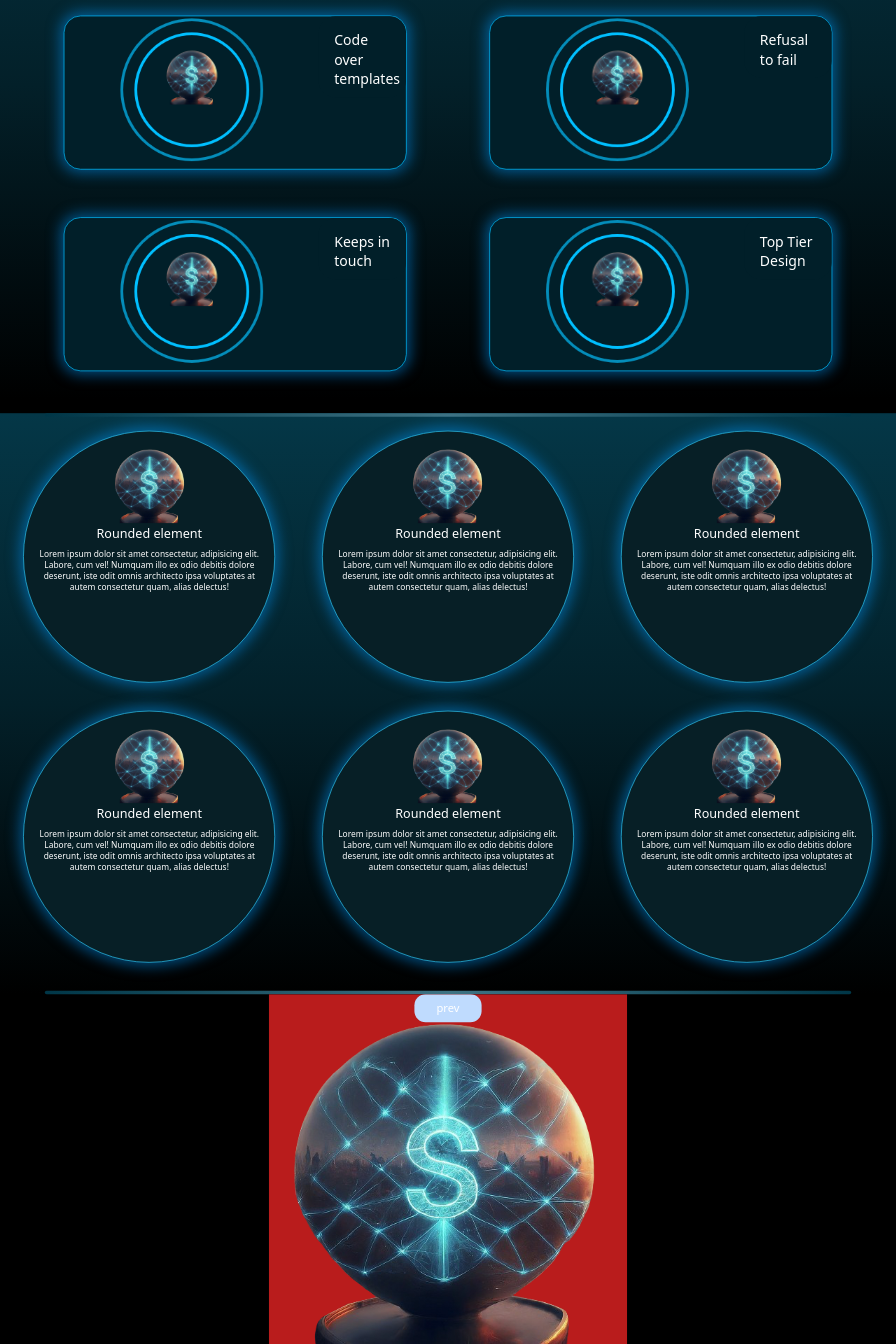
Repository: TMuse333/q3-desings2
Page: /
An editor plug-in stored every save of this project. The page is shown before and after a run of saves, followed by the edit.
The browser window is 1280 px wide. The pictures show the part of the page from y = 1046 to 2966 px (the page is 2966 px tall), at 70% of full size.
The project was rebuilt for these pictures with package versions that can differ from the ones it lists, and the page was loaded fresh each time. Also part of the build but not shown: vite.config.ts.

Above is the page before, as saved 2024-05-11 13:43:03.

After the next 2 saves:
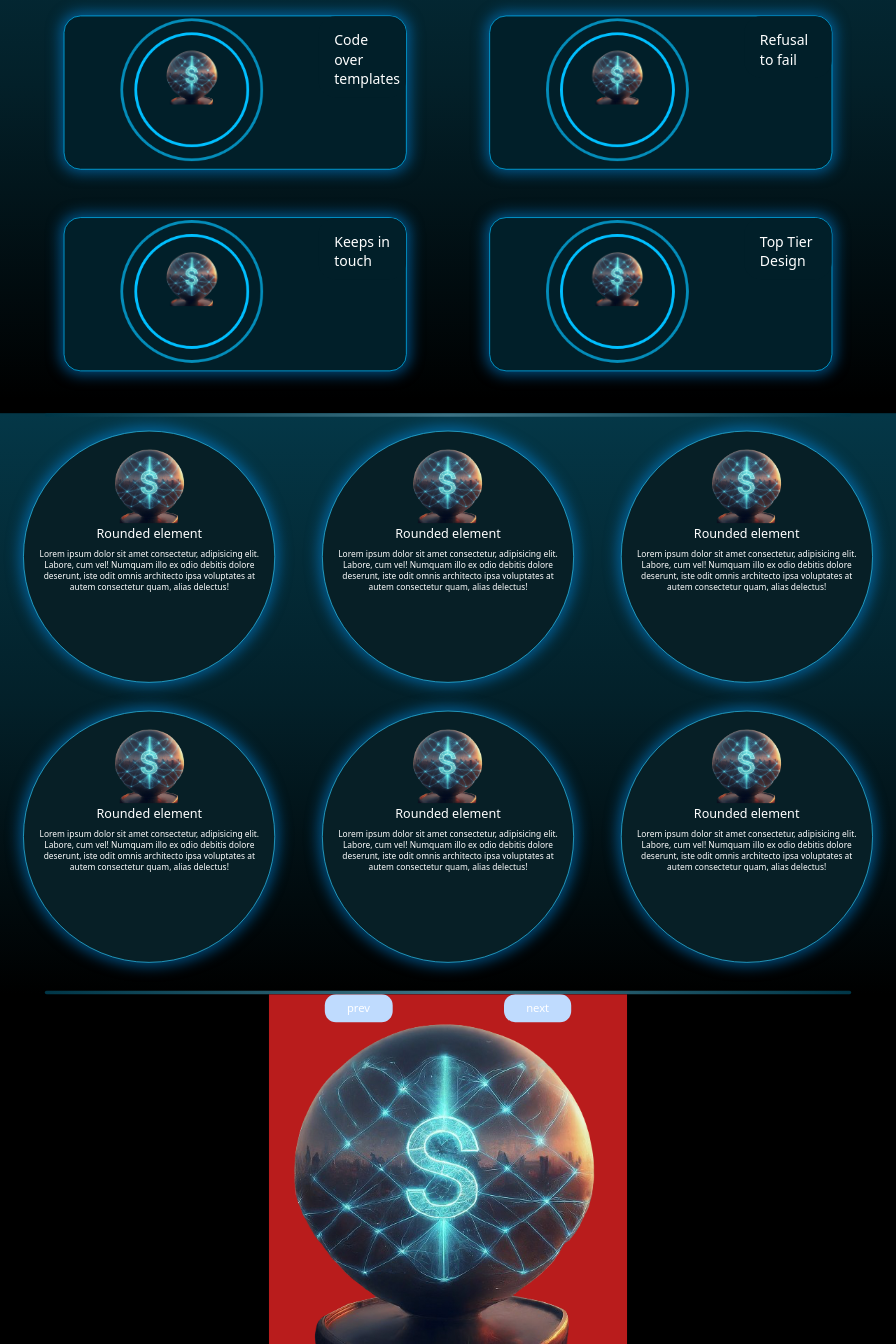
The 2 saves are shown as one change because they came seconds apart.
The last was saved 8 s later.
--- a/src/components/carousel/carousel.tsx
+++ b/src/components/carousel/carousel.tsx
@@ -28,6 +28,9 @@ const Carousel:React.FC<CarouselProps> = ({images}) =>{
                 <button className='bg-blue-200'>
                     prev
                 </button>
+                <button className='bg-blue-200'>
+                    next
+                </button>
             </div>
             </div>
 
